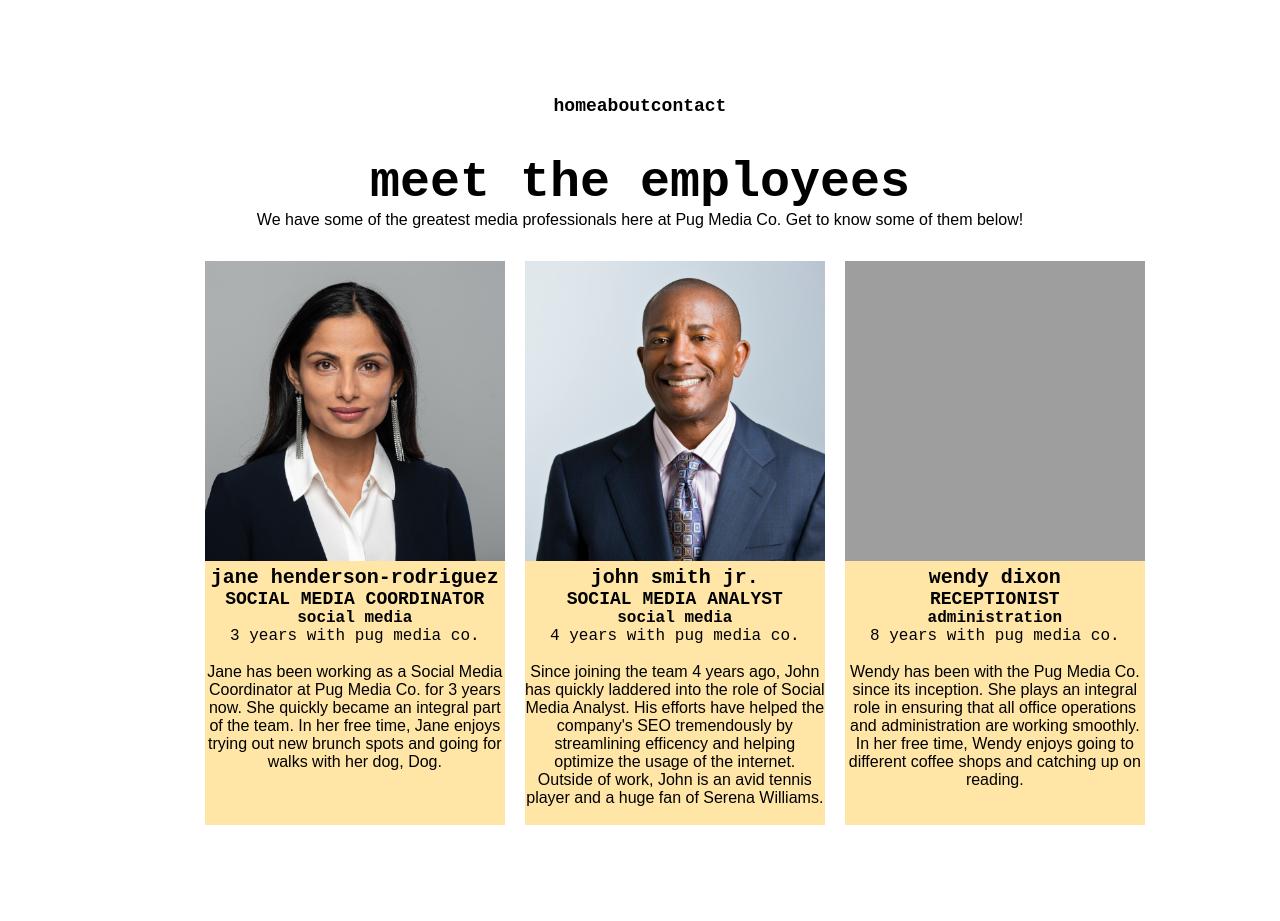
Repository: cheungglenda/MDIA2109-Week3
Page: /about
The author's editor kept a copy of each file at every save. The page is drawn from the files as they stood at one save, then again after the next save.
The browser window is 1280 px wide. The pictures show the whole page.
Pictures or frames that could not be fetched are drawn as grey boxes. The project was rebuilt for these pictures with package versions that can differ from the ones it lists, and the page was loaded fresh each time. The framework's server and built-in components were replaced by stand-ins that run in the browser. Also part of the build but not shown: next.config.js.

Above is the page before, as saved 2023-01-20 12:58:18.

After the next save:
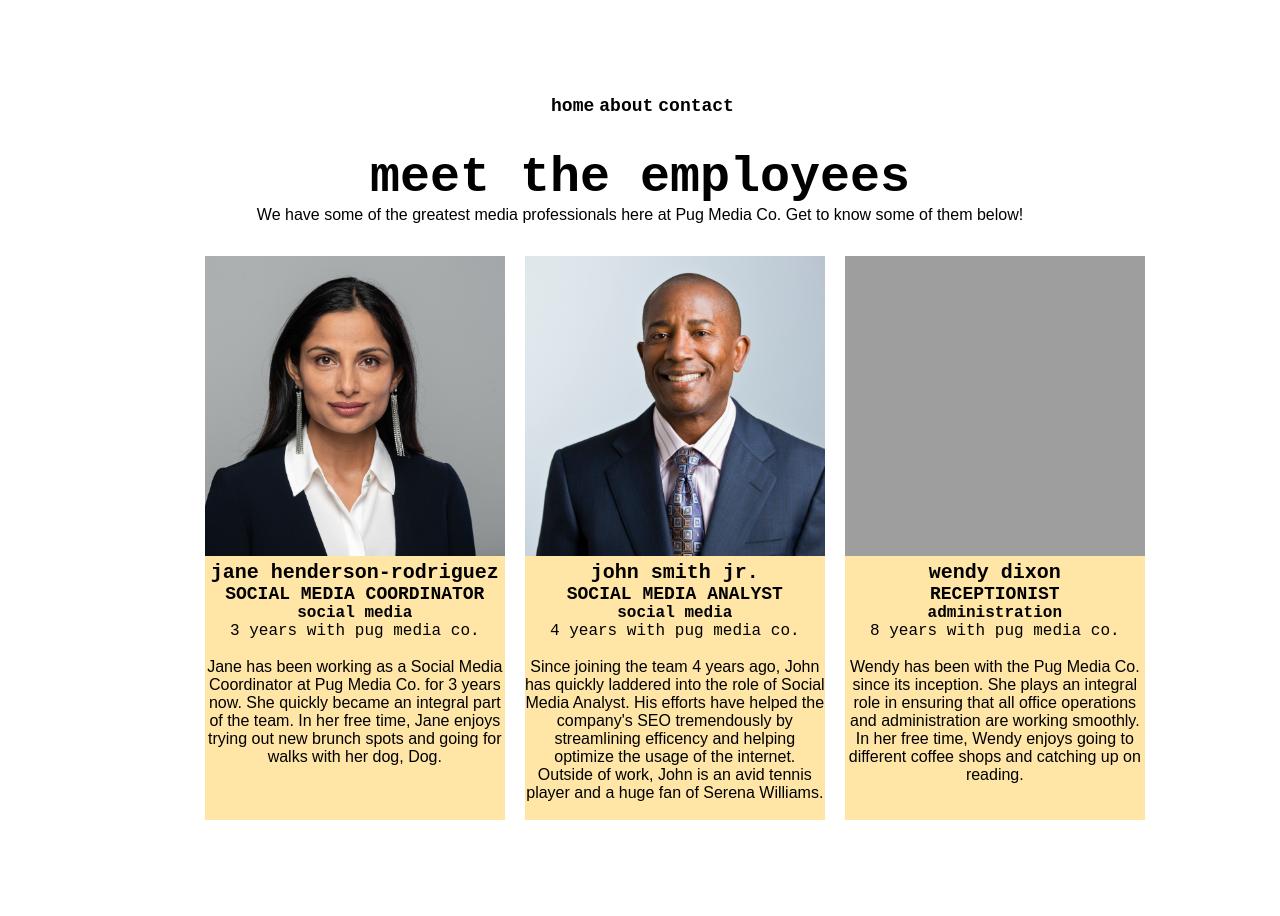
Saved 24 s later.
--- a/styles/Home.module.css
+++ b/styles/Home.module.css
@@ -23,7 +23,7 @@
   font-weight:900;
   font-family: 'Courier New', Courier, monospace;
   text-transform:lowercase;
-  padding-bottom:5px;
+  padding-left:5px;
 }
 
 .description {
